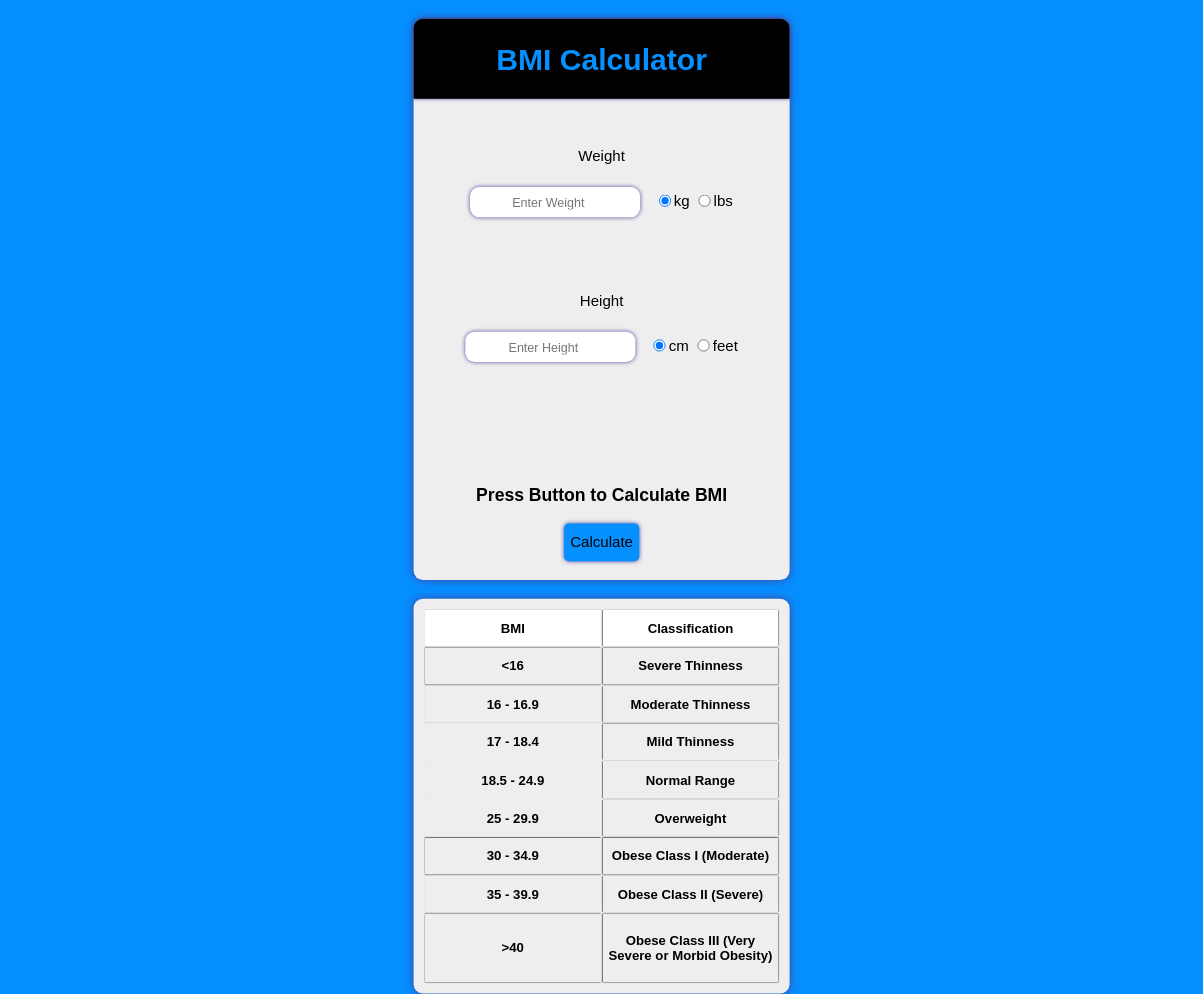
Repository: shayanabedi98/bmi-calculator
Page: index.html
The author's editor kept a copy of each file at every save. The page is drawn from the files as they stood at one save, then again after the next save.
The browser window is 1280 px wide. The pictures show the whole page, at 94% of full size.

Above is the page before, as saved 2023-07-24 19:03:09.

### index.html
<!DOCTYPE html>
<html lang="en">
<head>
    <meta charset="UTF-8">
    <meta name="viewport" content="width=device-width, initial-scale=1.0">
    <title>BMI Calculator</title>
    <link rel="stylesheet" href="styles.css">
</head>
<body>
    <div class="container">
        <div class="card">
            <div class="bmi-calculator">
                <h1>BMI Calculator</h1>
                <div class="weight">
                    <label class="weight" for="weight">Weight</label>
                    <input id="weight" type="number" placeholder="Enter Weight">
                    <input type="radio" name="weight" checked><span>kg</span>
                    <input type="radio" name="weight"><span>lbs</span>
                </div>
                <div class="height">
                    <label class="height" for="height">Height</label>
                    <input type="number" placeholder="Enter Height" id="height">
                    <input type="radio" name="height" checked><span>cm</span>
                    <input type="radio" name="height"><span>feet</span>
                </div>
                <div class="feet">
                    <label for="height">Height</label>
                    <input type="number" placeholder="Enter Feet" id="feet">
                    <input type="number" placeholder="Enter Inches" id="inch">
                </div>
                <div class="result">
                    <h3>Press Button to Calculate BMI</h3>
                    <button onclick="calc()" class="calculate">Calculate</button>
                </div>
            </div>
        </div>
        <div class="card chart">
            <div class="bmi-chart">
                <table bgcolor=''>
                    <tr bgcolor="#ffffff" align="center">
                        <th width="100">BMI</th>
                        <th width="100">Classification</th>
                    </tr>
                    <tr bgcolor="EEEEEE">
                        <th>&lt;16</th>
                        <th>Severe Thinness</th>
                    </tr>
                    <tr bgcolor="EEEEEE">
                        <th>16 - 16.9</th>
                        <th>Moderate Thinness</th>
                    </tr>
                    <tr bgcolor="EEEEEE">
                        <th>17 - 18.4</th>
                        <th>Mild Thinness</th>
                    </tr>
                    <tr bgcolor="EEEEEE">
                        <th>18.5 - 24.9</th>
                        <th>Normal Range</th>
                    </tr>
                    <tr bgcolor="EEEEEE">
                        <th>25 - 29.9</th>
                        <th>Overweight</th>
                    </tr>
                    <tr bgcolor="EEEEEE">
                        <th>30 - 34.9</th>
                        <th>Obese Class I (Moderate)</th>
                    </tr>
                    <tr bgcolor="EEEEEE">
                        <th>35 - 39.9</th>
                        <th>Obese Class II (Severe)</th>
                    </tr>
                    <tr bgcolor="EEEEEE">
                        <th>&gt;40</th>
                        <th>Obese Class III (Very Severe or Morbid Obesity)</th>
                    </tr>
                </table>
            </div>
        </div>
    </div>
    <script src="index.js"></script>
</body>
</html>

### styles.css

body {
    background-color: #068FFF;
    font-family: sans-serif;
    text-align: center;
    padding: 0;
    margin: 0;
}

h1 {
    margin-top: 0;
    margin-bottom: 0;
    background-color: #000000;
    color: #068FFF;
    border-radius: 10px 10px 0 0;
    height: 60px;
    padding-top: 25px;
    box-shadow: 0 0 4px 0 #4141a0;
}

h2 {
    margin-top: 0;
    margin-bottom: 10px;
}

.container {
    display: inline-block;
}

.card {
    background-color: #EEEEEE;
    width: 400px;
    border-radius: 10px;
    margin-left: auto;
    margin-top: 5%;
    box-shadow: 0 0 10px 0 #4141a0;
}

.chart {
    padding: 10px;
    width: 380px;
}

table {
    width: 100%;
    height: 400px;
    font-size: 14px;
}

th {
    box-shadow: 0 0 1px 0 black;
}

.weight {
    display: block;
    text-align: start;
    padding: 7%;
    text-align: center;
}

.height {
    display: block;
    text-align: start;
    padding: 7%;
    text-align: center;
}

input[type='number'] {
    display: inline-block;
    text-align: center;
    margin-right: 10px;
    height: 30px;
    border-radius: 10px;
    border: none;
    box-shadow: 0 0 5px 0 #4141a0;
}

.feet {
    visibility: hidden;
}

.result {
    padding: 5%;
}

.result button {
    background-color: #068FFF;
    height: 40px;
    width: 80px;
    border-radius: 5px;
    border: none;
    box-shadow: 0 0 5px 0 #4141a0;
    cursor: pointer;
    font-size: 16px;
}

### index.js

function calc() {
    var kg = document.querySelector('#weight').value;
    var cm = document.querySelector('#height').value;

    var m = cm / 100;

    var result = Math.round(kg/(m*m));

    document.querySelector('.result h3').innerHTML = 'Your BMI is ' + result

}

After the next save:
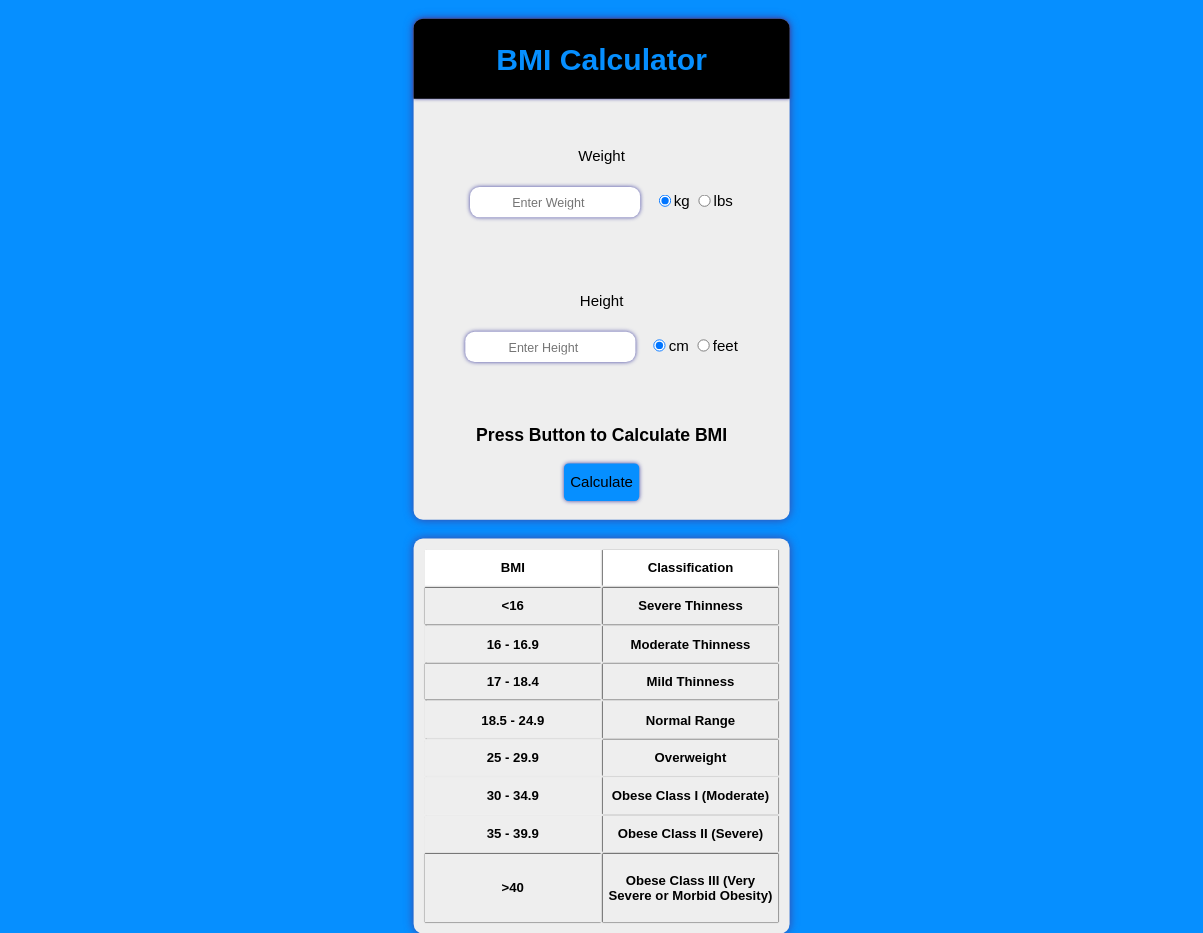
Saved 63 s later.
--- a/styles.css
+++ b/styles.css
@@ -77,6 +77,7 @@
 
 .feet {
     visibility: hidden;
+    height: 0;
 }
 
 .result {

After the save that followed:
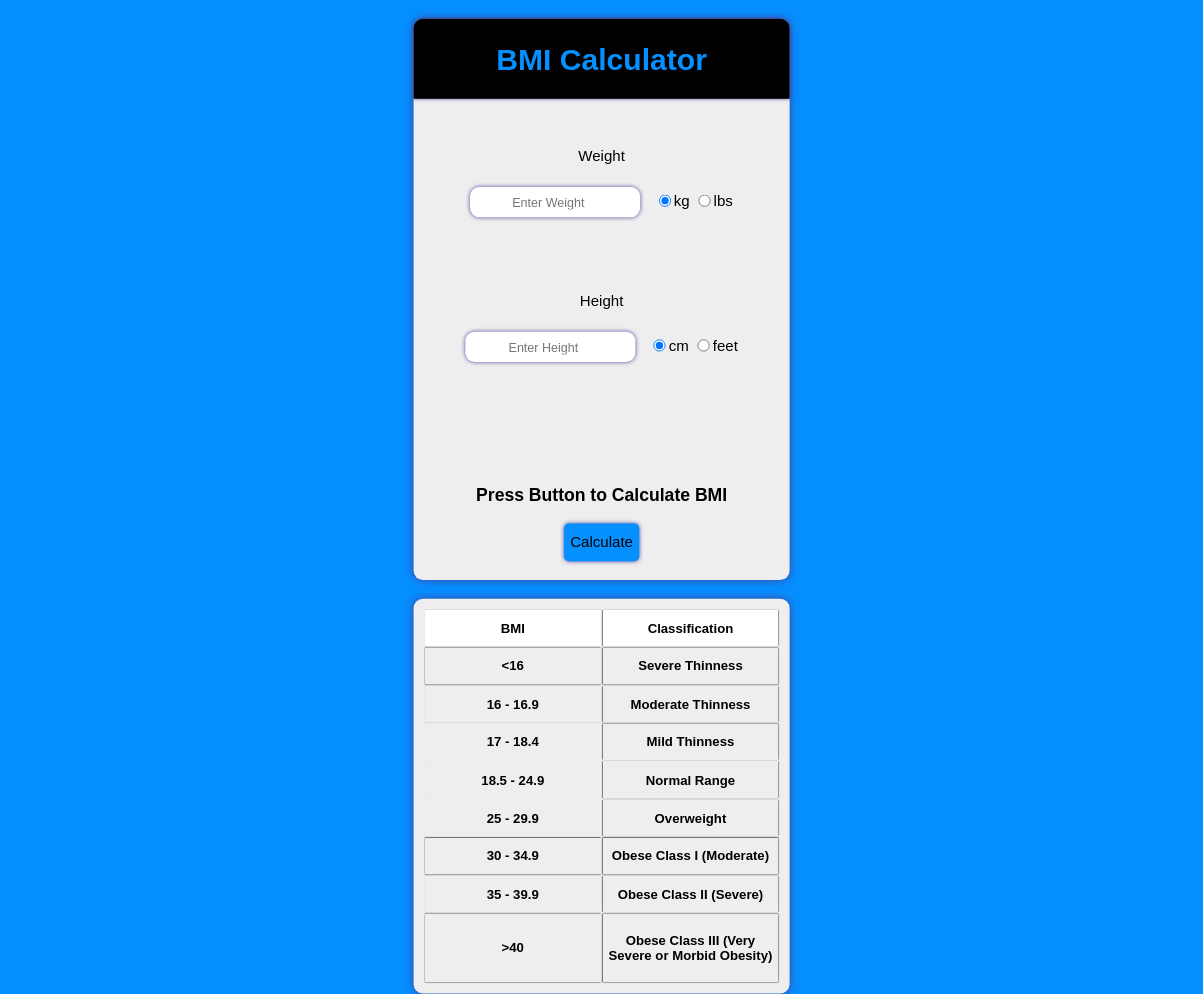
Saved 5 s later.
--- a/styles.css
+++ b/styles.css
@@ -77,7 +77,7 @@
 
 .feet {
     visibility: hidden;
-    height: 0;
+    height: 100%;
 }
 
 .result {
